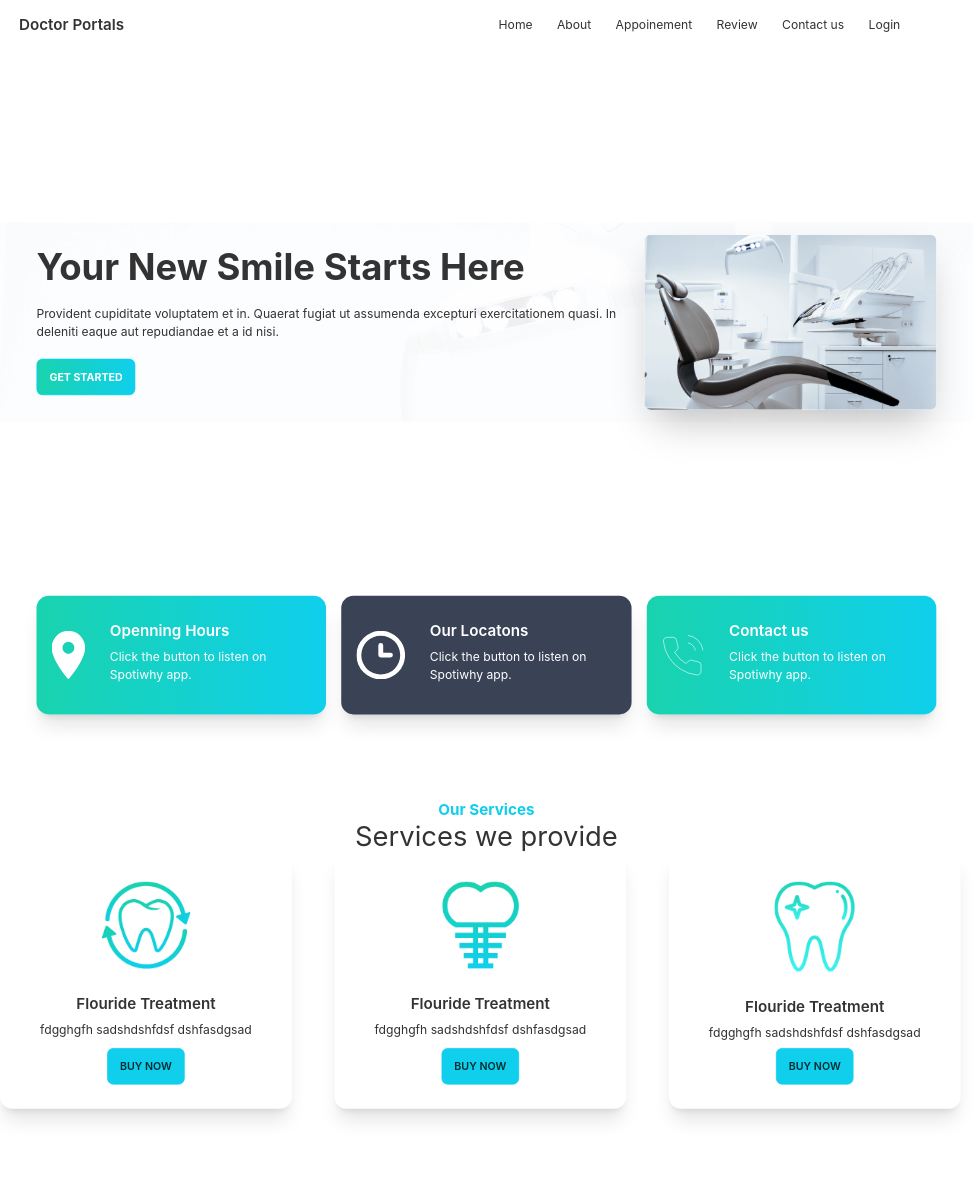
Repository: devsajid/doctors-portal-client
Page: /
An editor plug-in stored every save of this project. The page is shown before and after the next save, followed by the edit.
The browser window is 1280 px wide. The pictures show the whole page, at 76% of full size.
Backgrounds fixed to the window are drawn as part of the page. The project was rebuilt for these pictures with package versions that can differ from the ones it lists, and the page was loaded fresh each time. Also part of the build but not shown: src/App.css, src/Pages/About/About.js, src/Pages/Appoinment/Appoinment.js, src/Pages/Contact/Contact.js, src/Pages/Login/Login.js, src/Pages/Review/Review.js.

Above is the page before, as saved 2022-08-05 22:02:56.

After the next save:
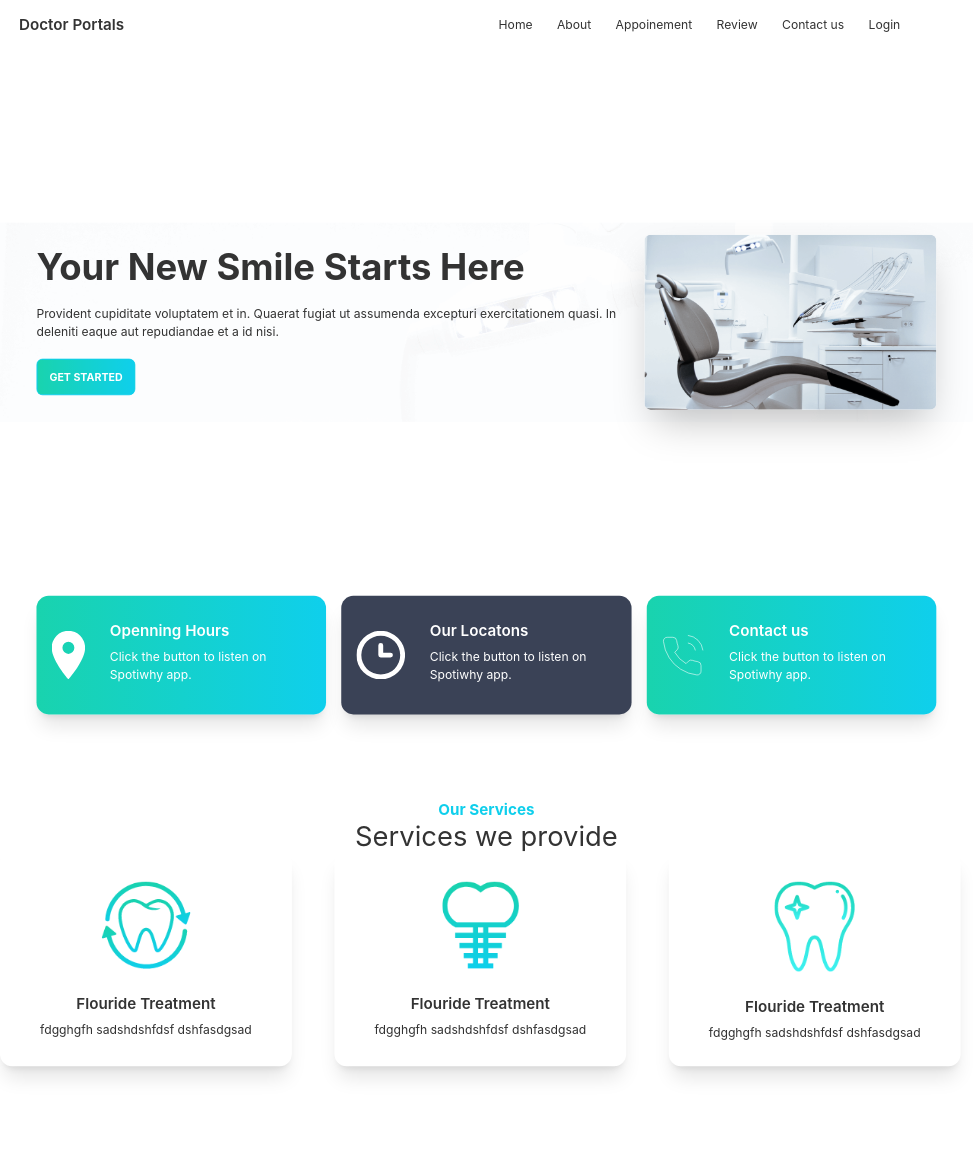
Saved 53 s later.
--- a/src/Pages/Services/Service.js
+++ b/src/Pages/Services/Service.js
@@ -9,9 +9,6 @@ const Service = ({ service }) => {
       <div class="card-body items-center text-center">
         <h2 class="card-title">{service.name}</h2>
         <p>{service.description}</p>
-        <div class="card-actions">
-          <button class="btn btn-primary">Buy Now</button>
-        </div>
       </div>
     </div>
   );
